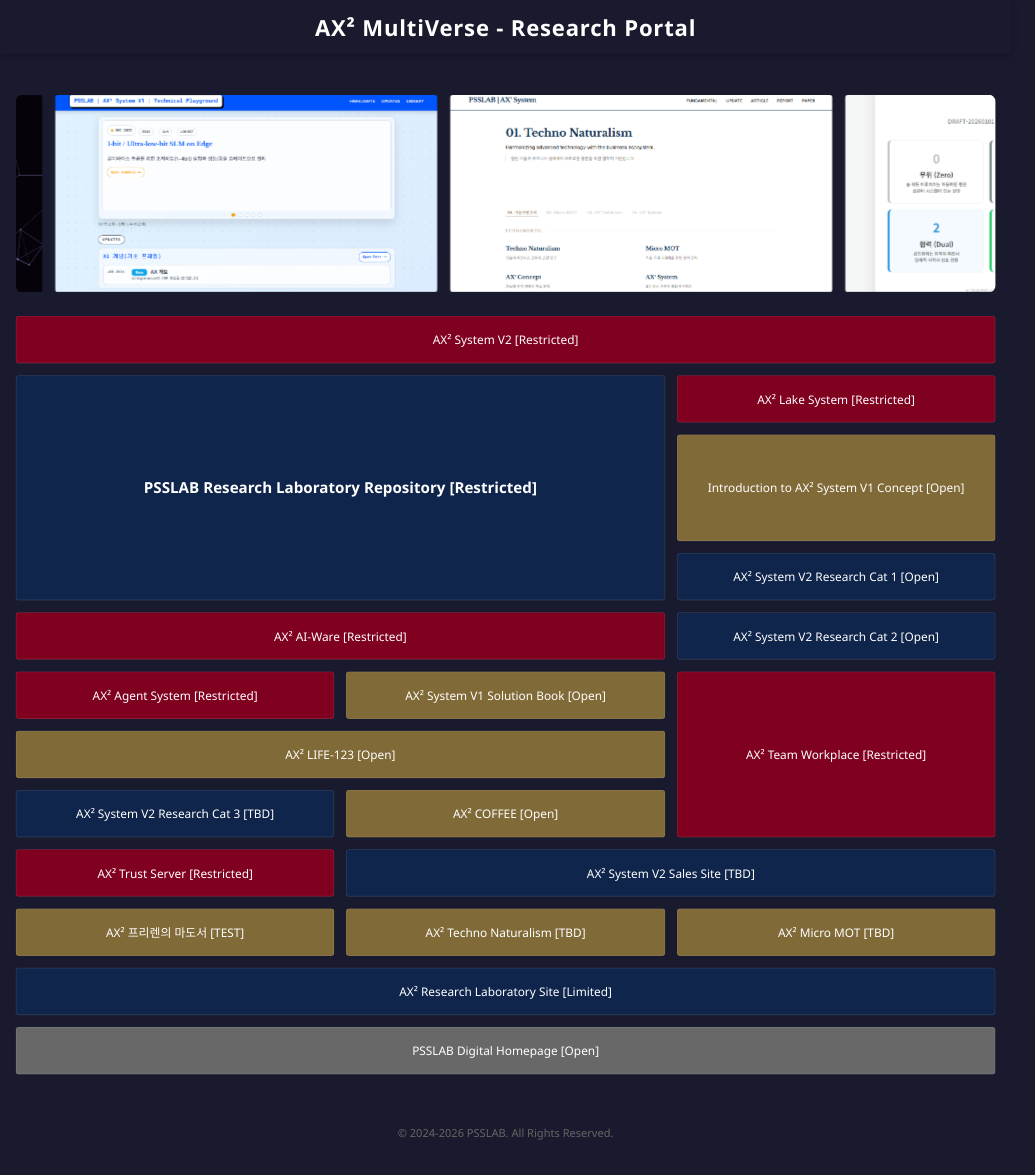
Repository: hycse89/PSSLAB_OpenSite
Page: psslab_multiverse_v3.html
These files come from the project's save history. The page is drawn as it stood at one moment and after the next save; the edit follows.
The browser window is 1280 px wide. The page is 1310 px wide, so the pictures cover 1310 px, including what lies to the right of the window. The pictures show the whole page, at 79% of full size.

Above is the page before, as saved 2026-01-11 21:27:52.

### psslab_multiverse_v3.html
<!DOCTYPE html>
<html lang="en">
<head>
    <meta charset="UTF-8">
    <meta name="viewport" content="width=device-width, initial-scale=1.0">
    <title>PSSLAB MultiVerse Campus - Mondrian Edition</title>

    <link rel="icon" type="image/png" href="favicon.png">

    <style>
        /* General Page Styles */
        body {
            margin: 0;
            background-color: #1a1a2e;
            font-family: 'Segoe UI', Arial, sans-serif;
            display: flex;
            flex-direction: column;
            align-items: center;
            min-height: 100vh;
            color: #ffffff;
        }

        /* Fixed Header */
        .header {
            position: fixed;
            top: 0;
            left: 0;
            width: 100%;
            background-color: #1a1a2e;
            color: #ffffff;
            z-index: 1000;
            padding: 15px 0;
            box-shadow: 0 2px 10px rgba(0,0,0,0.3);
        }

        .header h1 {
            font-size: 28px;
            margin: 0;
            text-align: center;
            letter-spacing: 1px;
        }

        /* Main content container */
        .main-content {
            margin-top: 100px;
            width: 100%;
            max-width: 1400px;
            display: flex;
            flex-direction: column;
            align-items: center;
            padding: 20px;
            box-sizing: border-box;
        }

        /* Image Slider Container */
        .slider-container {
            width: 100%;
            overflow: hidden;
            margin-bottom: 30px;
            border-radius: 8px;
        }

        .slider-wrapper {
            display: flex;
            width: calc(500px * 13);
            animation: scroll 60s linear infinite;
        }

        .slider-image {
            width: 500px;
            height: 250px;
            flex-shrink: 0;
            padding: 0 8px;
            box-sizing: border-box;
        }

        .slider-image img {
            width: 100%;
            height: 100%;
            object-fit: cover;
            border-radius: 4px;
        }

        @keyframes scroll {
            0% { transform: translateX(0); }
            100% { transform: translateX(calc(-500px * 11)); }
        }

        /* --- Mondrian Grid Layout System --- */
        .link-container {
            display: grid;
            /* 최소 너비 350px 확보 */
            grid-template-columns: repeat(auto-fill, minmax(350px, 1fr));
            /* 60px 단위의 눈금 설정 */
            grid-auto-rows: 60px;
            gap: 15px;
            width: 100%;
            /* 빈 공간을 최적으로 메워주는 설정 */
            grid-auto-flow: dense;
        }

        /* Link Button Base Style */
        .link-button {
            display: flex;
            align-items: center;
            justify-content: center;
            padding: 20px;
            font-size: 15px;
            color: white;
            text-decoration: none;
            border-radius: 4px;
            transition: all 0.3s cubic-bezier(0.25, 0.8, 0.25, 1);
            text-align: center;
            box-sizing: border-box;
            line-height: 1.4;
            border: 1px solid rgba(255,255,255,0.1);
        }

        .link-button:hover {
            transform: scale(1.01);
            filter: brightness(1.2);
            box-shadow: 0 5px 15px rgba(0,0,0,0.3);
            z-index: 2;
        }

        /* --- Mondrian Size Classes (Proportional) --- */
        /* 가로 비중 */
        .w-1 { grid-column: span 1; }
        .w-2 { grid-column: span 2; }
        .w-3 { grid-column: span 3; }

        /* 세로 비중 (60px의 배수) */
        .h-1 { grid-row: span 1; } /* 120px + gap */
        .h-2 { grid-row: span 2; } /* 240px + gap */
        .h-3 { grid-row: span 3; } /* 360px + gap */

        /* 특수 크기: 제목 강조형 */
        .size-hero { grid-column: span 2; grid-row: span 4; font-size: 1.2rem; font-weight: bold; }

        /* Button Colors */
        .color-1 { background-color: #0F254B; }
        .color-2 { background-color: #800020; }
        .color-3 { background-color: #806a37; }
        .color-4 { background-color: #2b2b2b; }
        .color-5 { background-color: #686868; }

        footer {
            width: 100%;
            padding: 30px;
            text-align: center;
            background-color: #1a1a2e;
            color: #666;
            font-size: 14px;
        }

        /* Responsive */
        @media (max-width: 768px) {
            .link-container { grid-template-columns: 1fr; }
            .w-2, .h-2, .h-3, .size-hero { grid-column: span 1; grid-row: span 2; }
        }
    </style>
</head>
<body>

    <header class="header">
        <h1>AX² MultiVerse - Research Portal</h1>
    </header>

    <main class="main-content">
        <div class="slider-container">
            <div class="slider-wrapper">
                <div class="slider-image"><img src="./images/Image2.png" alt="2"></div>
                <div class="slider-image"><img src="./images/Image21.png" alt="21"></div>
                <div class="slider-image"><img src="./images/Image22.png" alt="22"></div>
                <div class="slider-image"><img src="./images/Image31.png" alt="31"></div>
                <div class="slider-image"><img src="./images/Image32.png" alt="32"></div>
                <div class="slider-image"><img src="./images/Image11.png" alt="11"></div>
                <div class="slider-image"><img src="./images/Image3.png" alt="3"></div>
                <div class="slider-image"><img src="./images/Image4.png" alt="4"></div>
                <div class="slider-image"><img src="./images/Image5.png" alt="5"></div>
                <div class="slider-image"><img src="./images/Image1.png" alt="1"></div>
                <div class="slider-image"><img src="./images/Image2.png" alt="2"></div>
            </div>
        </div>

        <div class="link-container">
            <a href="http://localhost:8008" class="link-button color-2 w-3 h-1">AX² System V2 [Restricted]</a>

            <a href="https://github.com/hycse89" class="link-button color-1 size-hero">PSSLAB Research Laboratory Repository [Restricted]</a>

            <a href="http://localhost:8004" class="link-button color-2 h-1">AX² Lake System [Restricted]</a>

            <a href="ax2_v1_concept/ax2_homepage.html" class="link-button color-3 h-2">Introduction to AX² System V1 Concept [Open]</a>

            <a href="ax2_v1_20260101/index.html" class="link-button color-1 h-1">AX² System V2 Research Cat 1 [Open]</a>

            <a href="http://localhost:8002" class="link-button color-2 w-2 h-1">AX² AI-Ware [Restricted]</a>

            <a href="ax2_v2_20260101/index.html" class="link-button color-1 h-1">AX² System V2 Research Cat 2 [Open]</a>

            <a href="http://localhost:8003" class="link-button color-2 h-1">AX² Agent System [Restricted]</a>

            <a href="ax2_v1_concept/solution_book/index.html" class="link-button color-3 h-1">AX² System V1 Solution Book [Open]</a>

            <a href="http://localhost:8007" class="link-button color-2 h-3">AX² Team Workplace [Restricted]</a>

            <a href="http://localhost:8001/ax_site/ax2_life_123/index.html" class="link-button color-3 w-2 h-1">AX² LIFE-123 [Open]</a>

            <a href="ax2_v3_20260101/index.html" class="link-button color-1 h-1">AX² System V2 Research Cat 3 [TBD]</a>

            <a href="http://localhost:8001/ax_site/ax2_coffee/index.html" class="link-button color-3 h-1">AX² COFFEE [Open]</a>

            <a href="http://localhost:8005" class="link-button color-2 h-1">AX² Trust Server [Restricted]</a>

            <a href="ax2_sales/index.html" class="link-button color-1 w-2 h-1">AX² System V2 Sales Site [TBD]</a>

            <a href="http://localhost:8001/ax_site/ax2_frieren/index.html" class="link-button color-3 h-1">AX² 프리렌의 마도서 [TEST]</a>

            <a href="http://localhost:8001/utils/markdown_viewer.html?file=/ax_research/doc/doc_ax_techno_naturalism_v5.md" class="link-button color-3 h-1">AX² Techno Naturalism [TBD]</a>

            <a href="http://localhost:8001/utils/markdown_viewer.html?file=/ax_research/doc/doc_ax_micro_mot_v2.md" class="link-button color-3 h-1">AX² Micro MOT [TBD]</a>

            <a href="https://hycse89.github.io/PSSLAB_OpenSite/ax2_research_lab/" class="link-button color-1 w-3 h-1">AX² Research Laboratory Site [Limited]</a>

            <a href="http://www.psslab.co.kr" class="link-button color-5 w-3 h-1">PSSLAB Digital Homepage [Open]</a>
        </div>
    </main>

    <footer>
        <p>&copy; 2024-2026 PSSLAB. All Rights Reserved.</p>
    </footer>

</body>
</html>

After the next save:
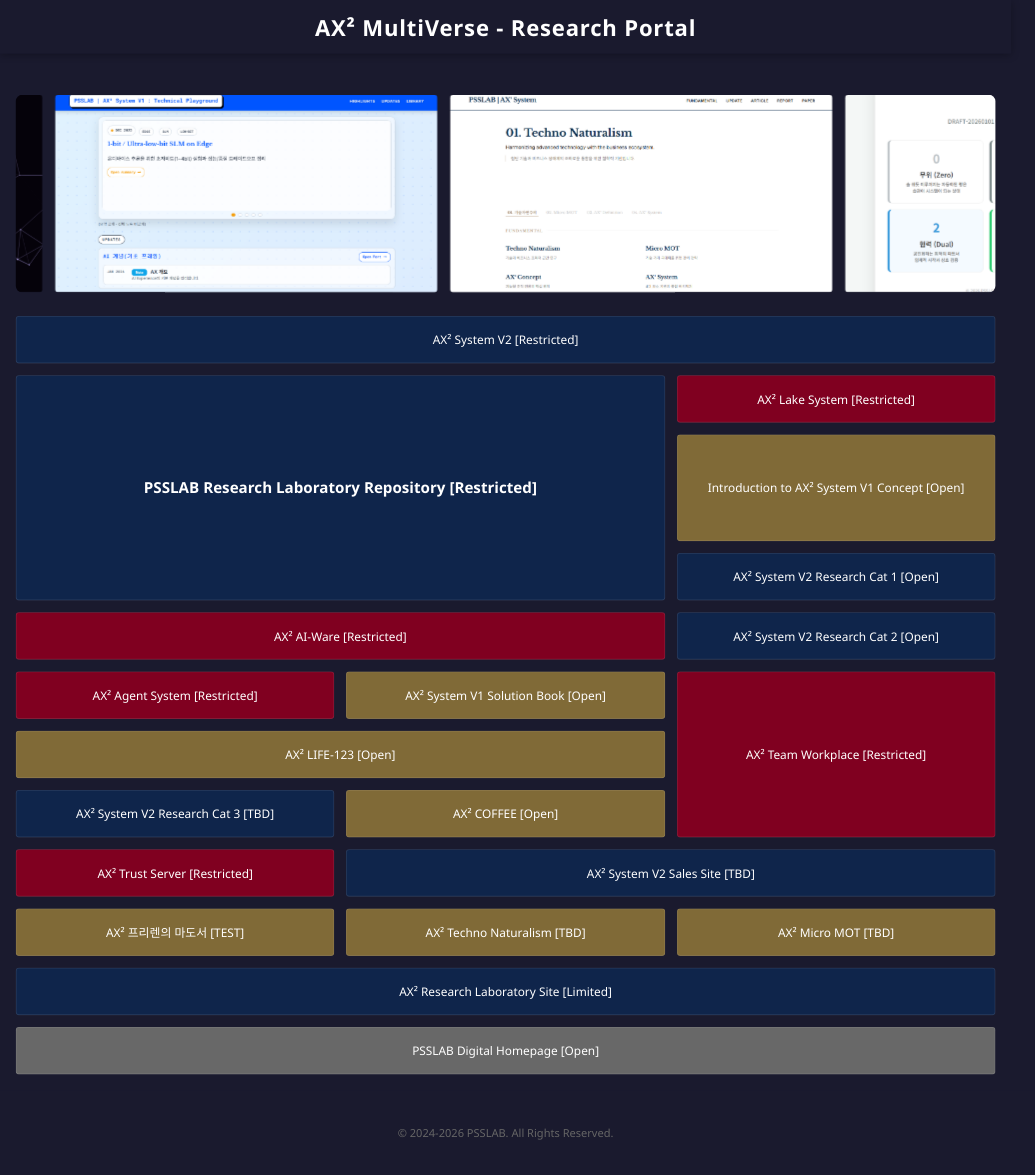
Saved 15 s later.
--- a/psslab_multiverse_v3.html
+++ b/psslab_multiverse_v3.html
@@ -184,7 +184,7 @@
         </div>
 
         <div class="link-container">
-            <a href="http://localhost:8008" class="link-button color-2 w-3 h-1">AX² System V2 [Restricted]</a>
+            <a href="http://localhost:8008" class="link-button color-1 w-3 h-1">AX² System V2 [Restricted]</a>
 
             <a href="https://github.com/hycse89" class="link-button color-1 size-hero">PSSLAB Research Laboratory Repository [Restricted]</a>
 
